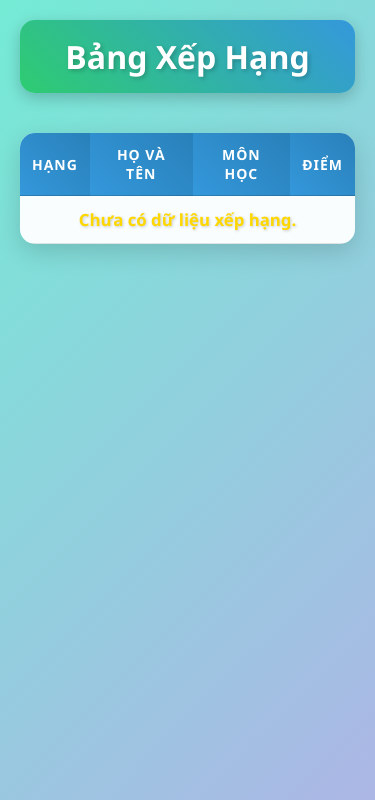
Repository: quankenda73/Prject_Final
Page: INDEX/xephang.html
An editor plug-in stored every save of this project. The page is shown before and after the next save, followed by the edit.
The browser window is 375 px wide. The pictures show the whole page.

Above is the page before, as saved 2025-02-26 21:03:24.

### INDEX/xephang.html
<!DOCTYPE html>
<html lang="vi">
<head>
    <meta charset="UTF-8">
    <meta name="viewport" content="width=device-width, initial-scale=1.0">
    <title>Bảng Xếp Hạng</title>
    <style>
        * {
            margin: 0;
            padding: 0;
            box-sizing: border-box;
        }

        body {
            font-family: 'Segoe UI', Arial, sans-serif;
            background: linear-gradient(135deg, #74ebd5 0%, #acb6e5 100%);
            min-height: 100vh;
            padding: 40px;
        }

        header {
            text-align: center;
            margin-bottom: 40px;
        }

        h1 {
            color: #ffffff;
            font-size: 2.8em;
            padding: 25px;
            background: linear-gradient(45deg, #2ecc71, #3498db);
            border-radius: 15px;
            box-shadow: 0 5px 15px rgba(0,0,0,0.2);
            text-shadow: 2px 2px 4px rgba(0,0,0,0.2);
            animation: fadeIn 1s ease-in;
        }

        main {
            max-width: 900px;
            margin: 0 auto;
        }

        table {
            width: 100%;
            border-collapse: separate;
            border-spacing: 0;
            background-color: rgba(255, 255, 255, 0.95);
            border-radius: 15px;
            box-shadow: 0 8px 25px rgba(0,0,0,0.15);
            overflow: hidden;
            animation: slideUp 0.8s ease-out;
        }

        th, td {
            padding: 20px;
            text-align: center;
            border-bottom: 1px solid rgba(0,0,0,0.1);
        }

        th {
            background: linear-gradient(45deg, #3498db, #2980b9);
            color: white;
            font-weight: 600;
            text-transform: uppercase;
            letter-spacing: 1px;
        }

        tr {
            transition: all 0.3s ease;
        }

        tr:nth-child(even) {
            background-color: rgba(240, 248, 255, 0.7);
        }

        tr:hover {
            background-color: rgba(52, 152, 219, 0.1);
            transform: scale(1.02);
            box-shadow: 0 5px 15px rgba(0,0,0,0.1);
        }

        /* Làm nổi bật số 1, 2, 3 trong cột Hạng */
        tr:nth-child(1) td:first-child {
            color: #ffd700; /* Vàng cho hạng 1 */
            font-weight: bold;
            font-size: 1.4em;
            text-shadow: 1px 1px 3px rgba(0, 0, 0, 0.2);
        }

        tr:nth-child(2) td:first-child {
            color: #b0c4de; /* Bạc cho hạng 2 */
            font-weight: bold;
            font-size: 1.4em;
            text-shadow: 1px 1px 3px rgba(0, 0, 0, 0.2);
        }

        tr:nth-child(3) td:first-child {
            color: #cd7f32; /* Đồng cho hạng 3 */
            font-weight: bold;
            font-size: 1.4em;
            text-shadow: 1px 1px 3px rgba(0, 0, 0, 0.2);
        }

        td:first-child {
            font-weight: bold;
            font-size: 1.2em;
        }

        td:nth-child(4) {
            color: #27ae60;
            font-weight: bold;
        }

        @keyframes fadeIn {
            from {
                opacity: 0;
                transform: translateY(-20px);
            }
            to {
                opacity: 1;
                transform: translateY(0);
            }
        }

        @keyframes slideUp {
            from {
                opacity: 0;
                transform: translateY(30px);
            }
            to {
                opacity: 1;
                transform: translateY(0);
            }
        }

        @media (max-width: 600px) {
            body {
                padding: 20px;
            }

            h1 {
                font-size: 2em;
                padding: 15px;
            }

            table {
                font-size: 14px;
            }

            th, td {
                padding: 12px;
            }

            tr:nth-child(1) td:first-child,
            tr:nth-child(2) td:first-child,
            tr:nth-child(3) td:first-child {
                font-size: 1.2em; /* Giảm kích thước trên mobile */
            }
        }
    </style>
</head>
<body>
    <header>
        <h1>Bảng Xếp Hạng</h1>
    </header>

    <main>
        <table>
            <thead>
                <tr>
                    <th>Hạng</th>
                    <th>Họ và Tên</th>
                    <th>Môn Học</th>
                    <th>Điểm</th>
                </tr>
            </thead>
            <tbody id="rankingTableBody"></tbody>
        </table>
    </main>

    <script>
        // Ánh xạ tên môn học
        const subjectMap = {
            'math': 'Toán',
            'literature': 'Ngữ Văn',
            'physics': 'Vật Lý',
            'english': 'Tiếng Anh',
            'chemistry': 'Hóa Học'
        };

        // Hàm tải và sắp xếp bảng xếp hạng
        function loadRanking() {
            const results = JSON.parse(localStorage.getItem('quizResults')) || [];
            const tbody = document.getElementById('rankingTableBody');

            if (results.length === 0) {
                tbody.innerHTML = '<tr><td colspan="4">Chưa có dữ liệu xếp hạng.</td></tr>';
                return;
            }

            results.sort((a, b) => b.totalScore - a.totalScore);
            tbody.innerHTML = '';

            results.forEach((result, index) => {
                const row = document.createElement('tr');
                row.innerHTML = `
                    <td>${index + 1}</td>
                    <td>${result.name}</td>
                    <td>${subjectMap[result.subject] || result.subject}</td>
                    <td>${result.totalScore}</td>
                `;
                tbody.appendChild(row);
            });
        }

        document.addEventListener('DOMContentLoaded', loadRanking);
    </script>
</body>
</html>

After the next save:
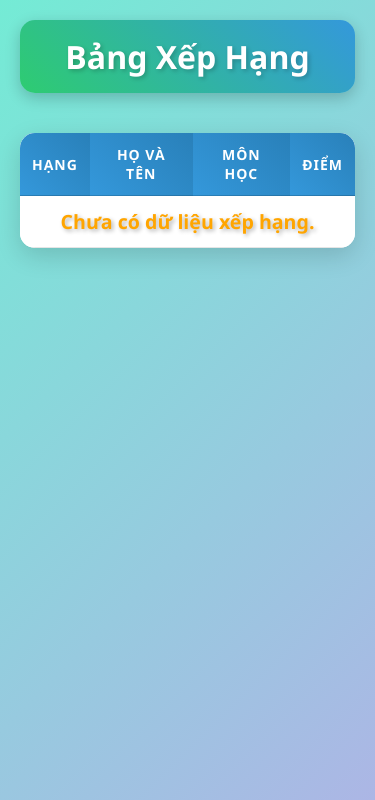
Saved 2 min 3 s later.
--- a/INDEX/xephang.html
+++ b/INDEX/xephang.html
@@ -43,7 +43,7 @@
             width: 100%;
             border-collapse: separate;
             border-spacing: 0;
-            background-color: rgba(255, 255, 255, 0.95);
+            background-color: #ffffff; /* Nền trắng hoàn toàn */
             border-radius: 15px;
             box-shadow: 0 8px 25px rgba(0,0,0,0.15);
             overflow: hidden;
@@ -66,10 +66,11 @@
 
         tr {
             transition: all 0.3s ease;
+            background-color: #ffffff; /* Nền trắng cho các hàng */
         }
 
         tr:nth-child(even) {
-            background-color: rgba(240, 248, 255, 0.7);
+            background-color: #f5f6fa; /* Màu nhạt hơn cho hàng chẵn */
         }
 
         tr:hover {
@@ -80,24 +81,24 @@
 
         /* Làm nổi bật số 1, 2, 3 trong cột Hạng */
         tr:nth-child(1) td:first-child {
-            color: #ffd700; /* Vàng cho hạng 1 */
-            font-weight: bold;
-            font-size: 1.4em;
-            text-shadow: 1px 1px 3px rgba(0, 0, 0, 0.2);
+            color: #ffa500; /* Vàng đậm hơn */
+            font-weight: 900; /* Đậm hơn */
+            font-size: 1.6em; /* Tăng kích thước */
+            text-shadow: 2px 2px 4px rgba(0, 0, 0, 0.3); /* Bóng đậm hơn */
         }
 
         tr:nth-child(2) td:first-child {
-            color: #b0c4de; /* Bạc cho hạng 2 */
-            font-weight: bold;
-            font-size: 1.4em;
-            text-shadow: 1px 1px 3px rgba(0, 0, 0, 0.2);
+            color: #808080; /* Bạc đậm hơn */
+            font-weight: 900;
+            font-size: 1.6em;
+            text-shadow: 2px 2px 4px rgba(0, 0, 0, 0.3);
         }
 
         tr:nth-child(3) td:first-child {
-            color: #cd7f32; /* Đồng cho hạng 3 */
-            font-weight: bold;
-            font-size: 1.4em;
-            text-shadow: 1px 1px 3px rgba(0, 0, 0, 0.2);
+            color: #b87333; /* Đồng đậm hơn */
+            font-weight: 900;
+            font-size: 1.6em;
+            text-shadow: 2px 2px 4px rgba(0, 0, 0, 0.3);
         }
 
         td:first-child {
@@ -153,7 +154,7 @@
             tr:nth-child(1) td:first-child,
             tr:nth-child(2) td:first-child,
             tr:nth-child(3) td:first-child {
-                font-size: 1.2em; /* Giảm kích thước trên mobile */
+                font-size: 1.4em; /* Giảm kích thước trên mobile */
             }
         }
     </style>
